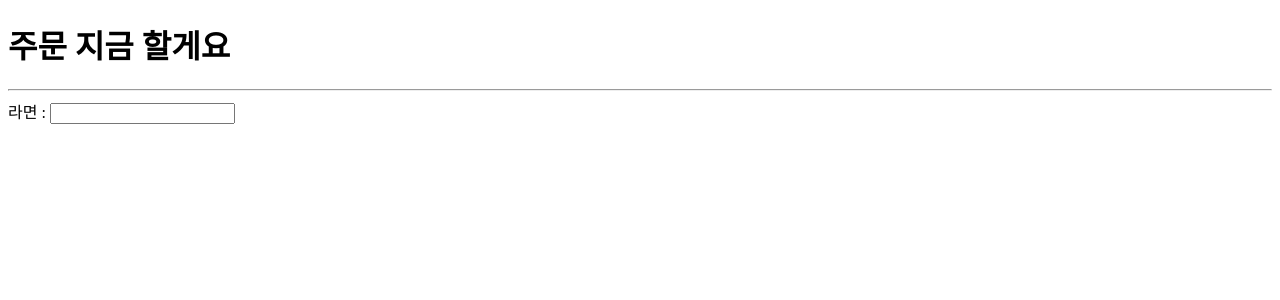
Repository: zxcvne/1400_web_nhs
Page: 05_jsp/src/web/src/main/webapp/order.html
An editor plug-in stored every save of this project. The page is shown before and after the next save, followed by the edit.
The browser window is 1280 px wide. The pictures show the whole page.

Above is the page before, as saved 2025-10-25 05:42:22.

### 05_jsp/src/web/src/main/webapp/order.html
<!DOCTYPE html>
<html>
<head>
<meta charset="UTF-8">
<title>주문은 토끼입니까</title>
</head>
<body>
	<h1>주문 지금 할게요</h1>
	<hr>
	<form action="" method="get" action="Order">
		라면 : <input type="text" name ="ramem">
	</form>
</body>
</html>

After the next save:
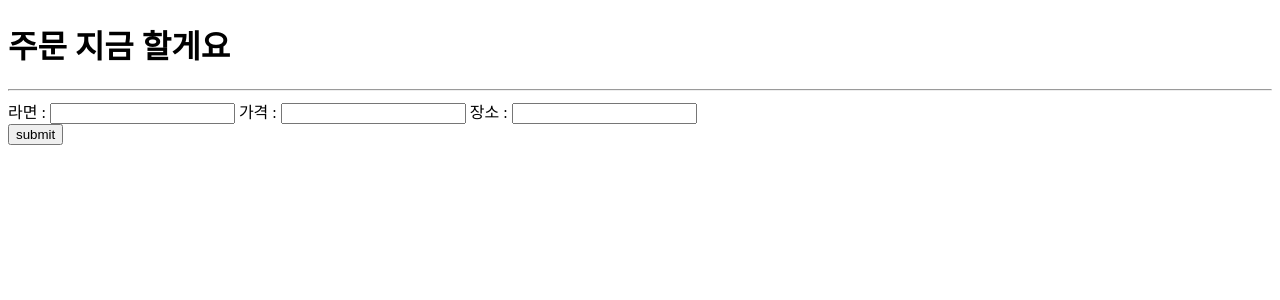
Saved 50 s later.
--- a/05_jsp/src/web/src/main/webapp/order.html
+++ b/05_jsp/src/web/src/main/webapp/order.html
@@ -9,6 +9,10 @@
 	<hr>
 	<form action="" method="get" action="Order">
 		라면 : <input type="text" name ="ramem">
+		가격 : <input type="text" name ="price">
+		장소 : <input type="text" name ="location">
+		<br>
+		<button>submit</button>
 	</form>
 </body>
 </html>
